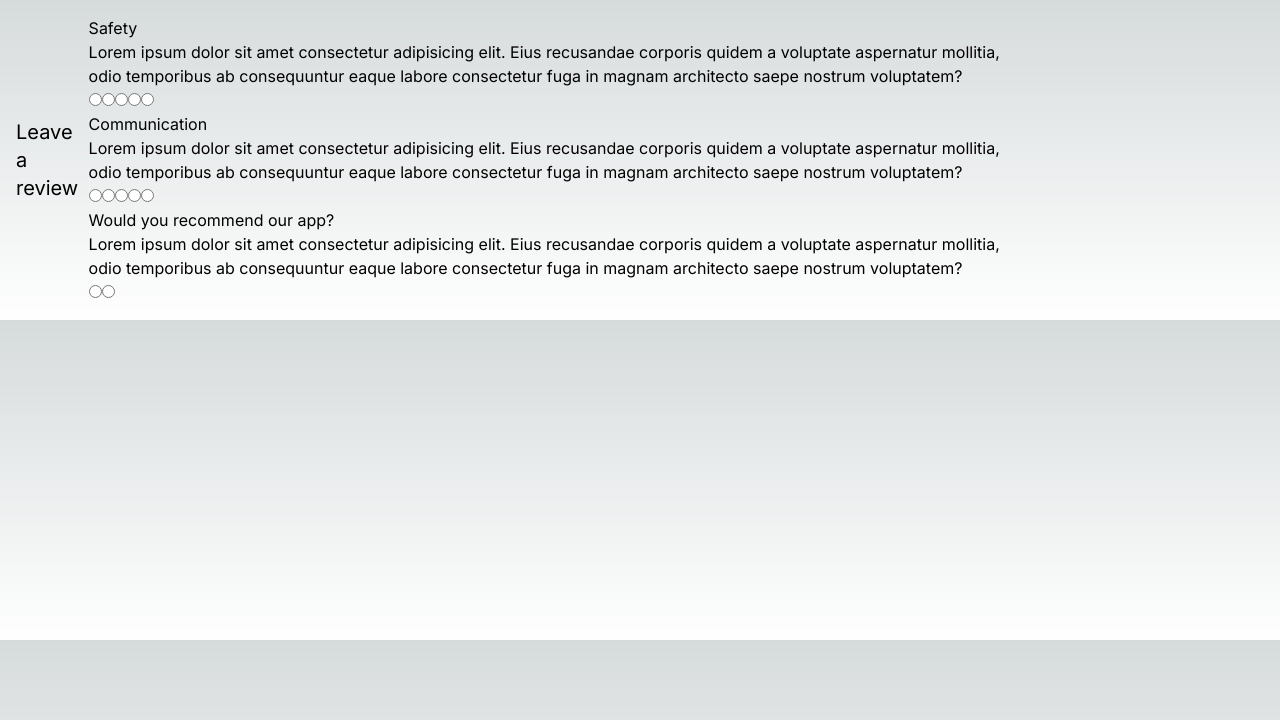
Repository: akankshaajoshi/review-form
Page: /review
The author's editor kept a copy of each file at every save. The page is drawn from the files as they stood at one save, then again after the next save.
The browser window is 1280 px wide. The pictures show the whole page.
The project was rebuilt for these pictures with package versions that can differ from the ones it lists, and the page was loaded fresh each time. The framework's server and built-in components were replaced by stand-ins that run in the browser. Also part of the build but not shown: next.config.mjs.

Above is the page before, as saved 2024-05-25 11:20:46.

### app/(routes)/review/page.tsx
'use server'

import { FormEvent } from "react";

export default async function Review(){
    async function onSubmit(event: FormEvent<HTMLFormElement>){
        event.preventDefault();
        const formData = new FormData(event.currentTarget);
        const response = await fetch('/api/submit', {
            method: 'POST',
            body: formData,
        })
        const data= await response.json();
    }
    const ratings = [1, 2, 3, 4, 5];
    return (
        <div className="flex items-center w-[80vw] h-auto p-4">
            <h2 className="text-xl text-bold">Leave a review</h2>
            <form onSubmit={onSubmit}>
                <fieldset>
                    <label htmlFor="safety">Safety</label>
                    <p>Lorem ipsum dolor sit amet consectetur adipisicing elit. Eius recusandae corporis quidem a voluptate aspernatur mollitia, odio temporibus ab consequuntur eaque labore consectetur fuga in magnam architecto saepe nostrum voluptatem?</p>
                    {ratings.map((item, index) =>{
                        return (
                            <input key={index} type="radio" name="safety" id={item.toString()} />
                        )
                    })}
                </fieldset>
                <fieldset>
                    <label htmlFor="communication">Communication</label>
                    <p>Lorem ipsum dolor sit amet consectetur adipisicing elit. Eius recusandae corporis quidem a voluptate aspernatur mollitia, odio temporibus ab consequuntur eaque labore consectetur fuga in magnam architecto saepe nostrum voluptatem?</p>
                    {ratings.map((item, index) =>{
                        return (
                            <input key={index} type="radio" name="ratings" id={item.toString()} />
                        )
                    })}
                </fieldset>
                <fieldset>
                    <label htmlFor="recomment">Would you recommend our app? </label>
                    <p>Lorem ipsum dolor sit amet consectetur adipisicing elit. Eius recusandae corporis quidem a voluptate aspernatur mollitia, odio temporibus ab consequuntur eaque labore consectetur fuga in magnam architecto saepe nostrum voluptatem?</p>
                    <input type="radio" name="recommend" id="true" />
                    <input type="radio" name="recommend" id="false" />
                </fieldset>
            </form>
        </div>
    )
}

Loaded but not shown: app/layout.tsx (common file); app/globals.css (common file); tailwind.config.ts (common file)

After the next save:
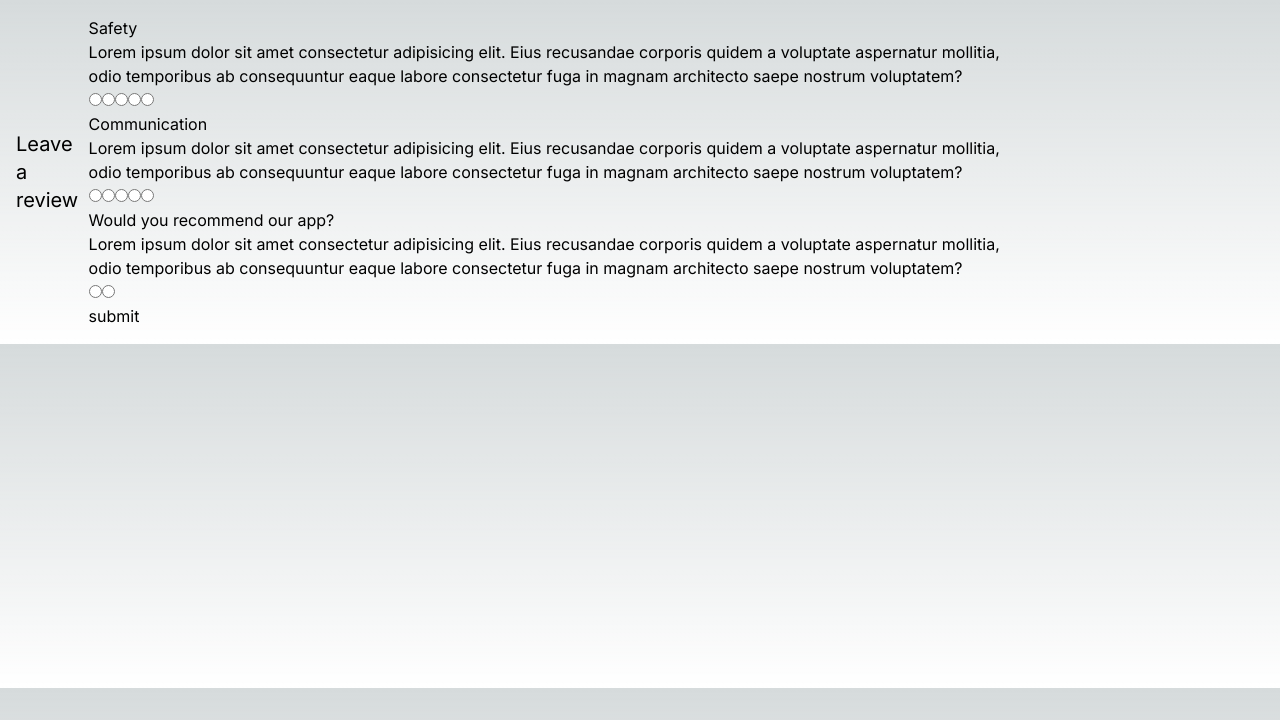
Saved 13 s later.
--- a/app/(routes)/review/page.tsx
+++ b/app/(routes)/review/page.tsx
@@ -41,6 +41,7 @@ export default async function Review(){
                     <input type="radio" name="recommend" id="true" />
                     <input type="radio" name="recommend" id="false" />
                 </fieldset>
+                <input type="submit" value="submit" />
             </form>
         </div>
     )
